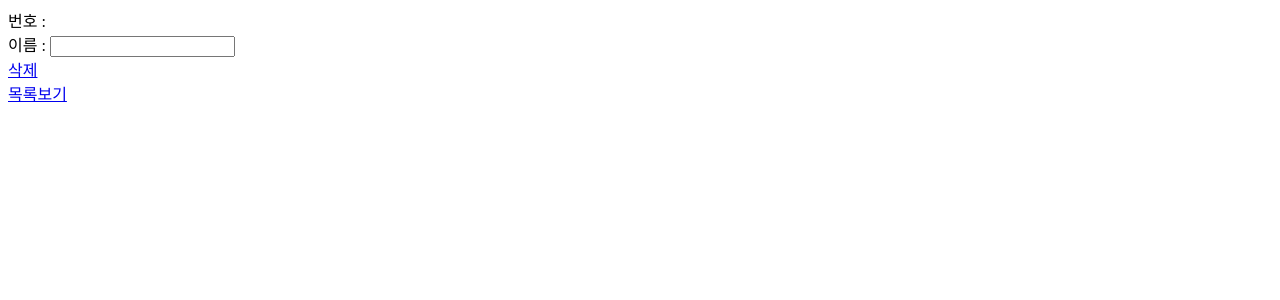
Repository: June0619/Spring_study
Page: http://localhost/test_jdbc/modify
The author's editor kept a copy of each file at every save. The page is drawn from the files as they stood at one save, then again after the next save.
The browser window is 1280 px wide. The pictures show the whole page.
The page is served by Tomcat 9. Queries for data that is not in the repository find no rows.

Above is the page before, as saved 2019-12-23 02:48:36.
Console error: SyntaxError: Unexpected token '<'

After the next save:
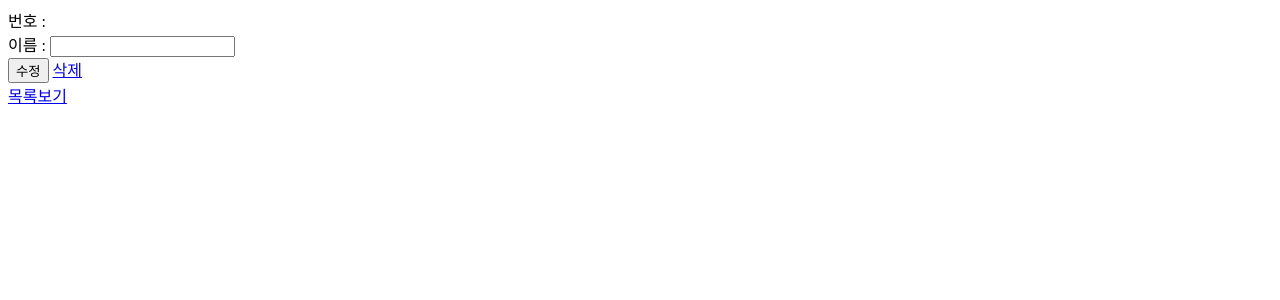
Saved 116 s later.
--- a/test_jdbc/src/main/webapp/WEB-INF/views/modify.jsp
+++ b/test_jdbc/src/main/webapp/WEB-INF/views/modify.jsp
@@ -11,6 +11,7 @@
 		번호 : <label>${list.id }</label><br>
 		<input type="hidden" value="${list.id }" name="id">
 		이름 : <input type="text" name="name" value="${list.name }"><br>
+		<input type="submit" value="수정">
 		<a href="delete?id=${list.id }">삭제</a><br>
 		<a href="content">목록보기</a>
 	</form>
